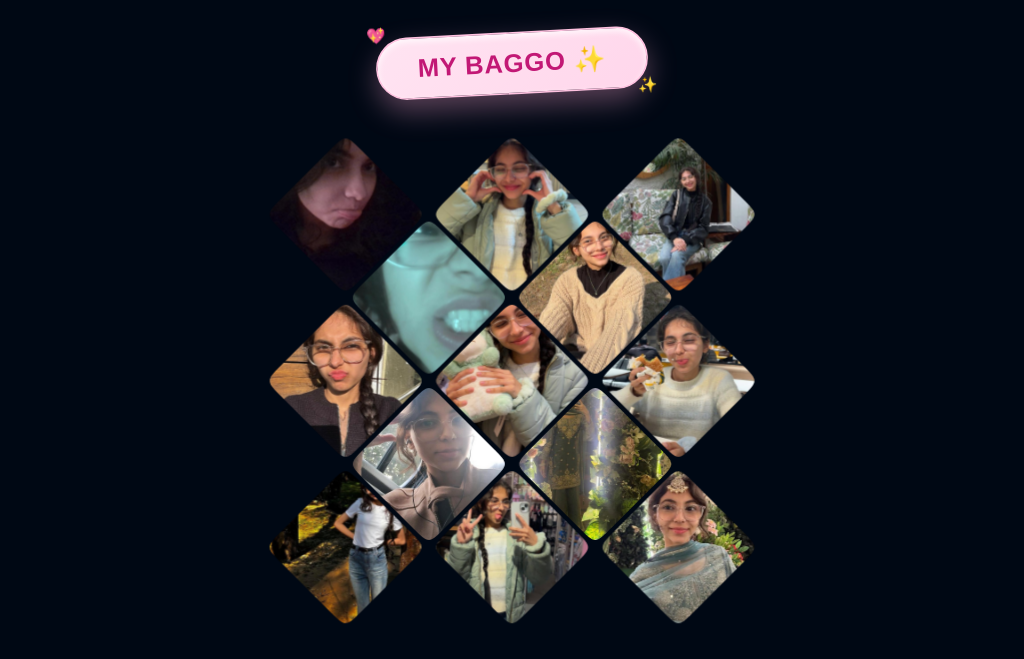
Repository: Drakaarys/muhehe
Page: gallery.html
The author's editor kept a copy of each file at every save. The page is drawn from the files as they stood at one save, then again after the next save.
The browser window is 1280 px wide. The pictures show the whole page, at 80% of full size.

Above is the page before, as saved 2026-02-26 16:31:50.

After the next save:
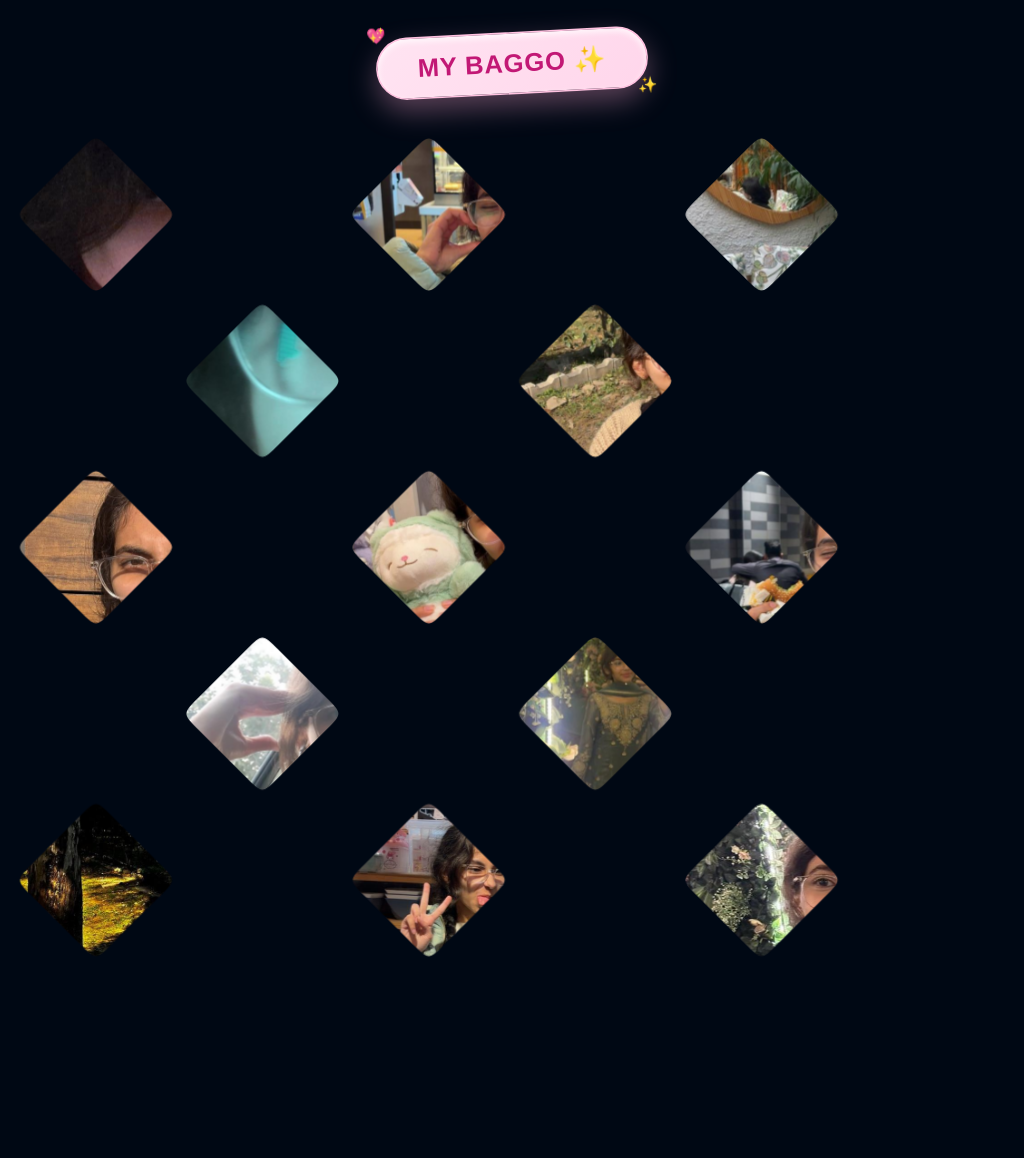
Saved 32 s later.
--- a/gallery.html
+++ b/gallery.html
@@ -98,7 +98,7 @@
 
 /* Gallery Grid */
 .gallery_wrapper {
-	--img-size: calc(100px - 0.5rem / 2);
+	--img-size:200px;
 	display: grid;
 	gap: 0.5rem;
 	grid-template-columns: repeat(6, var(--img-size));

After the save that followed:
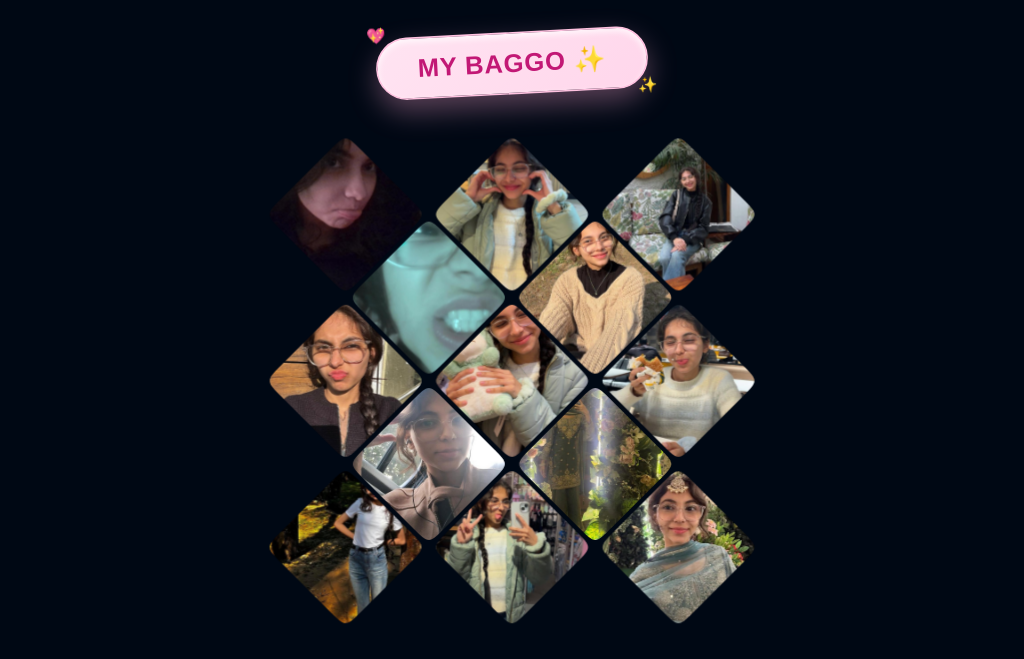
Saved 7 s later.
--- a/gallery.html
+++ b/gallery.html
@@ -98,7 +98,7 @@
 
 /* Gallery Grid */
 .gallery_wrapper {
-	--img-size:200px;
+	--img-size: calc(100px - 0.5rem / 2);
 	display: grid;
 	gap: 0.5rem;
 	grid-template-columns: repeat(6, var(--img-size));
